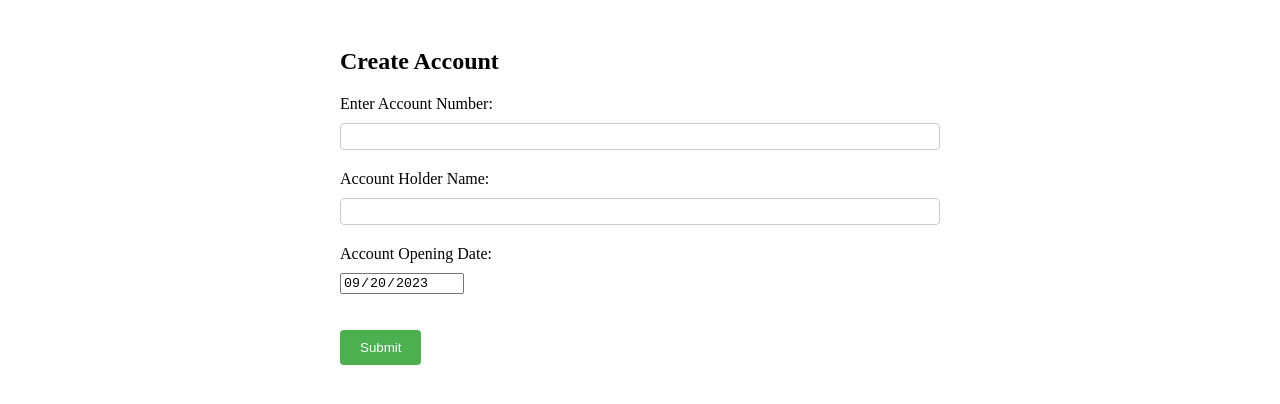
Repository: HT13M19/kuldeep
Page: GGGG/Demo2/src/main/webapp/CheckBalance.html
The author's editor kept a copy of each file at every save. The page is drawn from the files as they stood at one save, then again after the next save.
The browser window is 1280 px wide. The pictures show the whole page.

Above is the page before, as saved 2023-09-23 14:47:24.

### GGGG/Demo2/src/main/webapp/CheckBalance.html
<!DOCTYPE html>
<html>
<head>
	<title>Create New Account</title>
	<style>
		label {
			display: block;
			margin-bottom: 10px;
		}

		input[type=text], input[type=number] {
			padding: 5px;
			margin-bottom: 20px;
			border: 1px solid #ccc;
			border-radius: 4px;
			box-sizing: border-box;
			width: 100%;
		}

		input[type=submit] {
			background-color: #4CAF50;
			color: white;
			padding: 10px 20px;
			border: none;
			border-radius: 4px;
			cursor: pointer;
		}

		input[type=submit]:hover {
			background-color: #45a049;
		}

		.container {
			margin: auto;
			max-width: 600px;
			padding: 20px;
		}
	</style>
</head>
<body>
	<div class="container">
		<h2>Create Account</h2>
		<form action="checkbal" method="POST">

			<label for="account_number">Enter Account Number:</label>
			<input type="number" id="account_number" name="account_number" maxlength="20" required>

			<label for="account">Account Holder Name:</label>
			<input type="text" id="amount" name="account" required>

			<label for="date">Account Opening Date:</label>
			<input type="date" id="date" name="date" required> <br><br><br>

			<input type="submit" value="Submit">
		</form>
	</div>
</body>
<script>
  var today = new Date().toISOString().slice(0, 10);
  document.getElementById("date").setAttribute("value", today);
  document.getElementById("date").setAttribute("readonly", true);
</script>
</html>

After the next save:
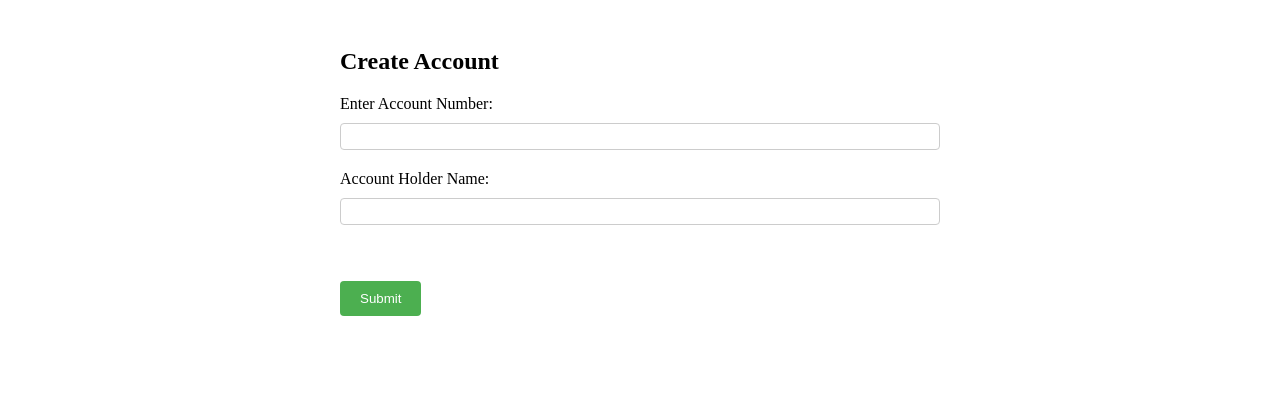
Console error: TypeError: Cannot read properties of null (reading 'setAttribute')
Saved 26 s later.
--- a/GGGG/Demo2/src/main/webapp/CheckBalance.html
+++ b/GGGG/Demo2/src/main/webapp/CheckBalance.html
@@ -47,9 +47,7 @@
 
 			<label for="account">Account Holder Name:</label>
 			<input type="text" id="amount" name="account" required>
-
-			<label for="date">Account Opening Date:</label>
-			<input type="date" id="date" name="date" required> <br><br><br>
+              <br><br><br>
 
 			<input type="submit" value="Submit">
 		</form>
